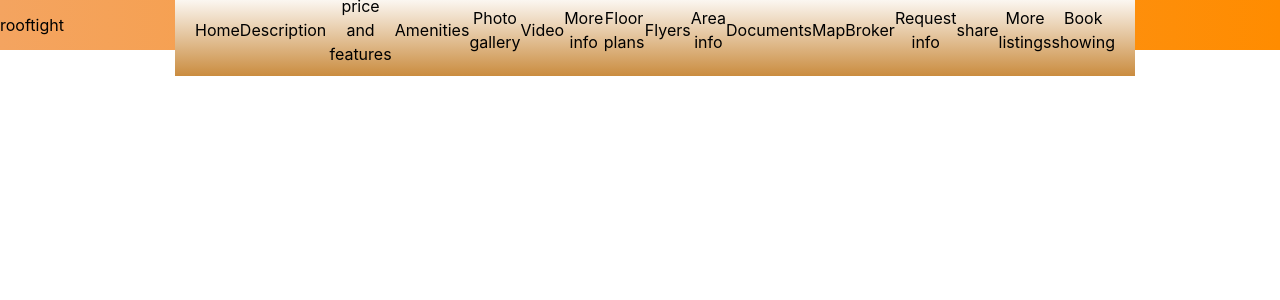
Repository: TMuse333/real-estate-landingpage
Page: /
These files come from the project's save history. The page is drawn as it stood at one moment and after the next save; the edit follows.
The browser window is 1280 px wide. The pictures show the whole page.
The project was rebuilt for these pictures with package versions that can differ from the ones it lists, and the page was loaded fresh each time. Also part of the build but not shown: vite.config.js.

Above is the page before, as saved 2023-09-19 16:08:37.

After the next save:
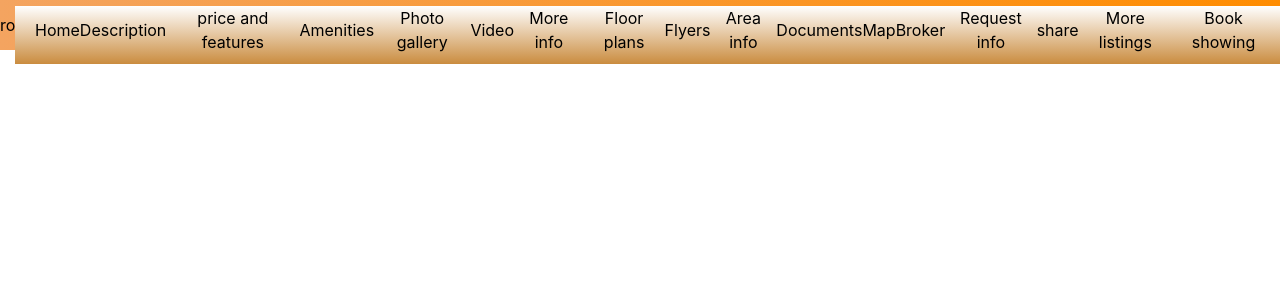
Saved 30 s later.
--- a/src/App.css
+++ b/src/App.css
@@ -58,7 +58,7 @@ padding: 0;
     justify-content: space-between;
     left: 50%; /* Set the left position to the center of the parent container */
     transform: translateX(-50%);
-    width: 75vw;
+    width: 100vw;
     margin-bottom:100px;
   }
 
